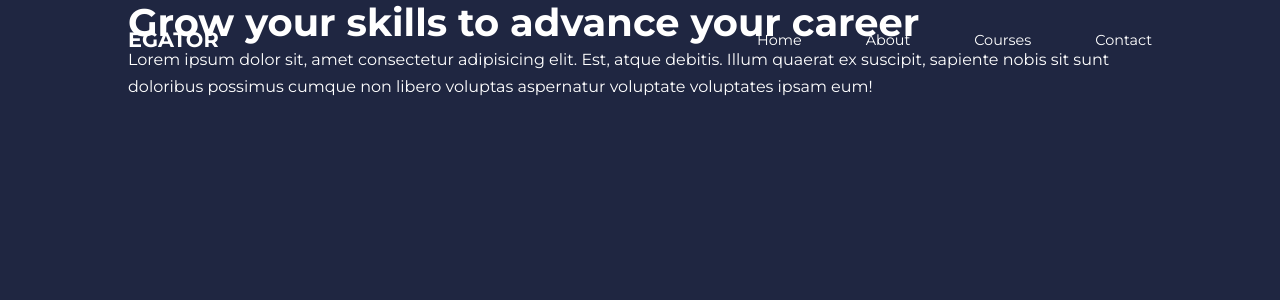
Repository: QUANGTHAI2003/education-web
Page: index.html
These files come from the project's save history. The page is drawn as it stood at one moment and after the next save; the edit follows.
The browser window is 1280 px wide. The pictures show the whole page.

Above is the page before, as saved 2022-03-10 22:12:20.

### index.html
<!DOCTYPE html>
<html lang="en">
    <head>
        <meta charset="UTF-8" />
        <meta http-equiv="X-UA-Compatible" content="IE=edge" />
        <meta name="viewport" content="width=device-width, initial-scale=1.0" />
        <title>Responsive Multipage Education</title>
        <!-- ICONSCOUT CDN -->
        <link
            rel="stylesheet"
            href="https://unicons.iconscout.com/release/v2.1.6/css/unicons.css"
        />
        <!-- GOOGLE FONTS -->
        <link rel="preconnect" href="https://fonts.googleapis.com" />
        <link rel="preconnect" href="https://fonts.gstatic.com" crossorigin />
        <link
            href="https://fonts.googleapis.com/css2?family=Montserrat:wght@300;400;500;600;700;800;900&family=Poppins:wght@300;400;600&display=swap"
            rel="stylesheet"
        />

        <link rel="stylesheet" href="./css/style.css" />
    </head>
    <body>
        <!-- BEGIN OF NAVBAR -->
        <nav>
            <div class="container nav__container">
                <a href="index.html"><h4>EGATOR</h4></a>
                <ul class="nav__menu">
                    <li><a href="index.html">Home</a></li>
                    <li><a href="about.html">About</a></li>
                    <li><a href="courses.html">Courses</a></li>
                    <li><a href="contact.html">Contact</a></li>
                </ul>
                <button id="open-menu-btn">
                    <i class="uil uil-bars"></i>
                </button>
                <button id="close-menu-btn">
                    <i class="uil uil-multiply"></i>
                </button>
            </div>
        </nav>
        <!-- END OF NAVBAR -->
        <header>
            <div class="container header__container">
                <div class="header__left">
                    <h1>Grow your skills to advance your career</h1>
                    <p>
                        Lorem ipsum dolor sit, amet consectetur adipisicing
                        elit. Est, atque debitis. Illum quaerat ex suscipit,
                        sapiente nobis sit sunt doloribus possimus cumque non
                        libero voluptas aspernatur voluptate voluptates ipsam
                        eum!
                    </p>
                </div>
            </div>
        </header>
    </body>
</html>

### css/style.css
* {
    margin: 0;
    padding: 0;
    border: 0;
    outline: 0;
    text-decoration: none;
    list-style: none;
    box-sizing: border-box;
}

:root {
    --color-primary: #6c63ff;
    --color-success: #00bf8e;
    --color-warning: #f7c94b;
    --color-danger: #f75842;
    --color-danger-variant: rgba(247, 88, 66, 0.4);
    --color-white: #fff;
    --color-light: rgba(255, 255, 255, 0.7);
    --color-black: #000;
    --color-bg: #1f2641;
    --color-bg1: #2e3267;
    --color-bg2: #424890;

    --container-width-lg: 80%;
    --container-width-md: 90%;
    --container-width-sm: 94%;

    --transition: all 400ms ease;
}

body {
    font-family: 'Montserrat', sans-serif;
    line-height: 1.7;
    color: var(--color-white);
    background: var(--color-bg);
}

.container {
    width: var(--container-width-lg);
    margin: 0 auto;
}

section {
    padding: 6rem 0;
}

section h2 {
    text-align: center;
    margin-bottom: 4rem;
}

h1,
h2,
h3,
h4,
h5 {
    line-height: 1.2;
}

h1 {
    font-size: 2.4rem;
}

h2 {
    font-size: 2rem;
}

h3 {
    font-size: 1.3rem;
}

h4 {
    font-size: 1.3rem;
}

a {
    color: var(--color-white);
}

img {
    width: 100%;
    display: block;
    object-fit: cover;
}

.btn {
    display: inline-block;
    background: var(--color-white);
    color: var(--color-black);
    padding: 1rem 2rem;
    border: 1px solid transparent;
    font-weight: 500;
    transition: var(--transition);
}

.btn:hover {
    background: transparent;
    color: var(--color-white);
    border-color: var(--color-white);
}

.btn-primary {
    background: var(--color-danger);
    color: var(--color-white);
}

/* ================= NAVBAR =================*/
nav {
    background: transparent;
    width: 100vw;
    height: 5rem;
    position: fixed;
    top: 0;
    z-index: 11;
}

.nav__container {
    height: 100%;
    display: flex;
    justify-content: space-between;
    align-items: center;
}

nav button {
    display: none;
}

.nav__menu {
    display: flex;
    align-items: center;
    gap: 4rem;
}

.nav__menu a {
    font-size: 0.9rem;
    transition: var(--transition);
}

.nav__menu a:hover {
    color: var(--color-bg2);
}

After the next save:
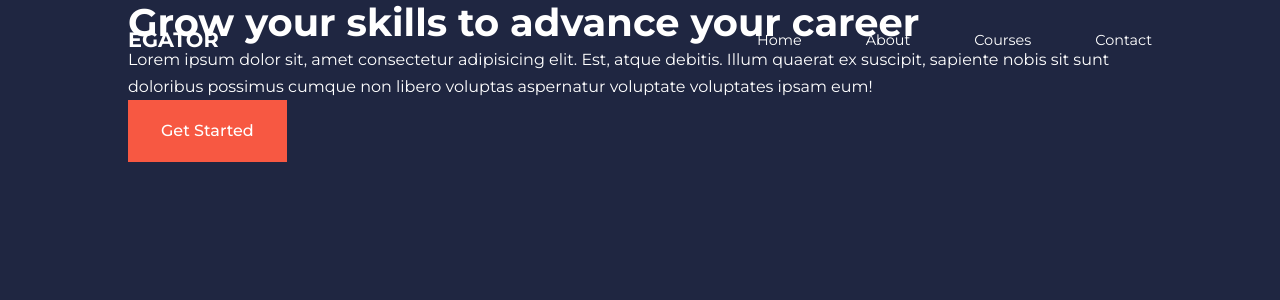
Saved 53 s later.
--- a/index.html
+++ b/index.html
@@ -51,6 +51,9 @@
                         libero voluptas aspernatur voluptate voluptates ipsam
                         eum!
                     </p>
+                    <a href="courses.html" class="btn btn-primary"
+                        >Get Started</a
+                    >
                 </div>
             </div>
         </header>
